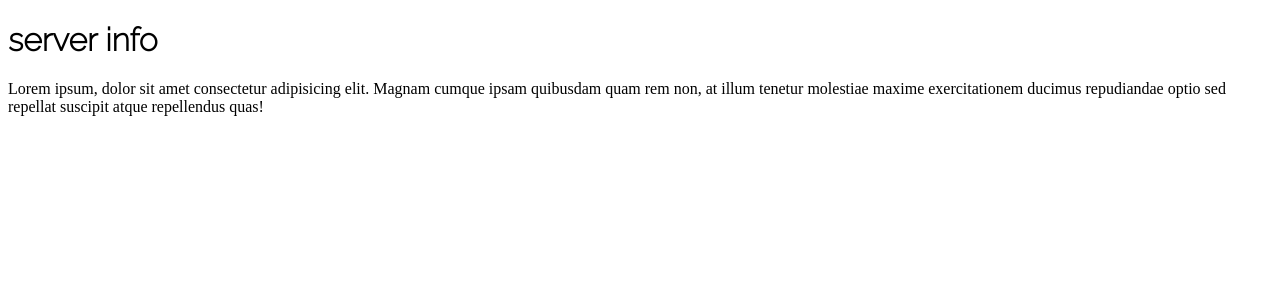
Repository: thecptwaffles/minecraft-api_website
Page: index.html
These files come from the project's save history. The page is drawn as it stood at one moment and after the next save; the edit follows.
The browser window is 1280 px wide. The pictures show the whole page.
Some web fonts or font styles are not loaded; a fallback is used.

Above is the page before, as saved 2022-01-23 14:41:26.

After the next save:
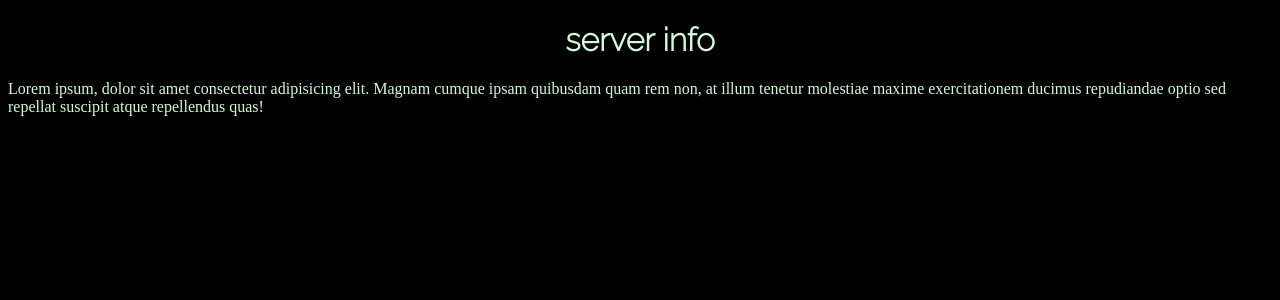
Saved 2 min 14 s later.
--- a/style.css
+++ b/style.css
@@ -6,8 +6,15 @@
     --accent-clr:#d3fbd8;
     --prim-font:'Raleway', sans-serif;
     --sec-font:'Dongle', sans-serif;
+    background-color: var(--prim-clr);
 }
 
 h1 {
     font-family: var(--prim-font);
+    text-align: center;
+    color: var(--accent-clr);
 }
+
+p {
+    color: var(--accent-clr);
+}
